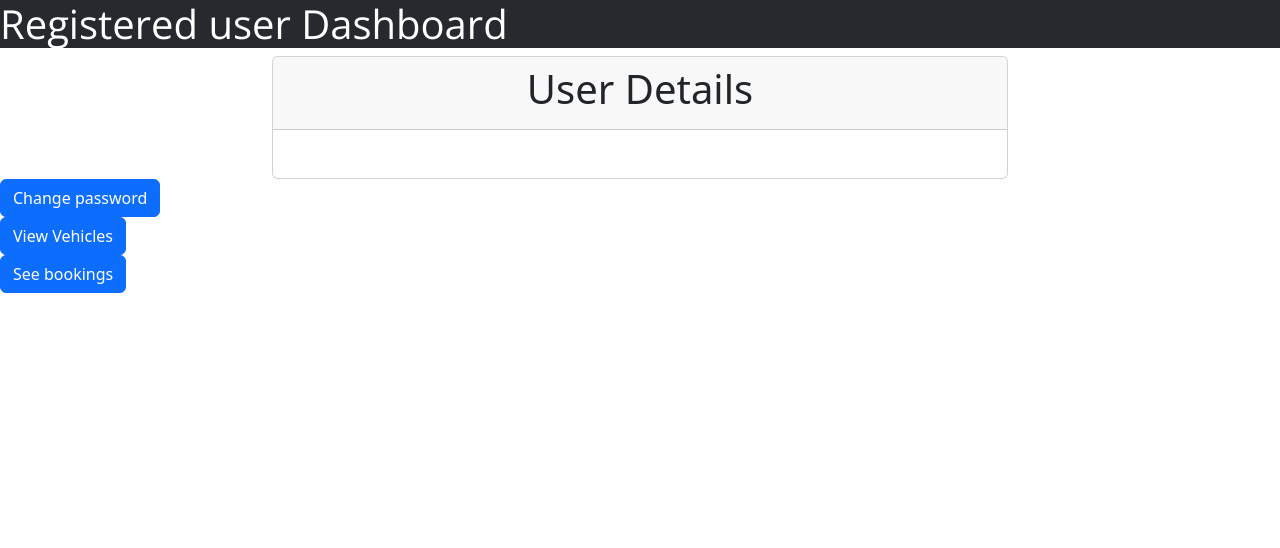
Repository: VimashaVishvani/VehicleRental
Page: http://localhost/Vehicle_rentalDb/registeredUser.jsp
An editor plug-in stored every save of this project. The page is shown before and after the next save, followed by the edit.
The browser window is 1280 px wide. The pictures show the whole page.
The page is served by Tomcat 9. Other server files are loaded and not shown.

Above is the page before, as saved 2024-05-12 09:25:59.

### Vehicle_rentalDb/src/main/webapp/registeredUser.jsp
<%@ page language="java" contentType="text/html; charset=ISO-8859-1" pageEncoding="ISO-8859-1"%>
<%@ taglib prefix="c" uri="http://java.sun.com/jsp/jstl/core"%>
<!DOCTYPE html>
<html>
<head>
<link href="https://fonts.googleapis.com/css2?family=Open+Sans&display=swap" rel="stylesheet">

<style>
	.dashboard{
	height: 30%;
    background-color:#262A2E; /* Pale background color */
    font-family: 'Open Sans', sans-serif; /* Use Open Sans font */
    color: #ffffff; /* White text color */

	}

</style>
    <meta charset="ISO-8859-1">
    <title>Car Owner</title>
    <link href="https://cdn.jsdelivr.net/npm/bootstrap@5.3.3/dist/css/bootstrap.min.css" rel="stylesheet" integrity="sha384-QWTKZyjpPEjISv5WaRU9OFeRpok6YctnYmDr5pNlyT2bRjXh0JMhjY6hW+ALEwIH" crossorigin="anonymous">
</head>
<body>

<c:if test="${param.result == 'booked'}">
    <script type="text/javascript">
        alert('You booked the car!');
    </script>
</c:if>
<c:if test="${param.result == 'Deleted'}">
    <script type="text/javascript">
        alert('record deleted!'');
    </script>
</c:if>

<h1 class="dashboard">Registered user Dashboard</h1>

<div class="container">
    <div class="row">
        <div class="col-md-8 offset-md-2">
            <div class="card">
                <div class="card-header">
                    <h1 class="text-center">User Details</h1>
                </div>
                <div class="card-body">
                    <table class="table">
                        <c:forEach var="user" items="${sessionScope.userDetails}">
                            <tr>
                                <td>Customer ID</td>
                                <td>${user.id}</td>
                            </tr>
                            <tr>
                                <td>Customer Name</td>
                                <td>${user.name}</td>
                            </tr>
                            <tr>
                                <td>Customer Email</td>
                                <td>${user.gmail}</td>
                            </tr>
                            <tr>
                                <td>Customer Phone</td>
                                <td>${user.phoneNumber}</td>
                            </tr>
                        </c:forEach>
                    </table>
                </div>
            </div>
        </div>
    </div>
</div>

<c:set var="userId" value="${sessionScope.userDetails[0].id}" />
<c:set var="pass" value="${sessionScope.userDetails[0].password}" />
<a href="userChangePw.jsp?id=${userId}&result=a&pw=${pass}" class="btn btn-primary">Change password</a>


<form action="vehicleServelet" method="get">
    <input type="hidden" value="${userId}" name="id">
    <input type="hidden" value="viewAvailableVehicle" name="task">
    <button type="submit"  class="btn btn-primary">View Vehicles</button>
</form>

<form action="bookingServlet" method="get">
    <input type="hidden" value="${userId}" name="id">
    <input type="hidden" value="ViewBookings" name="task">
    <button type="submit"  class="btn btn-primary">See bookings</button>
</form>

</body>
</html>

After the next save:
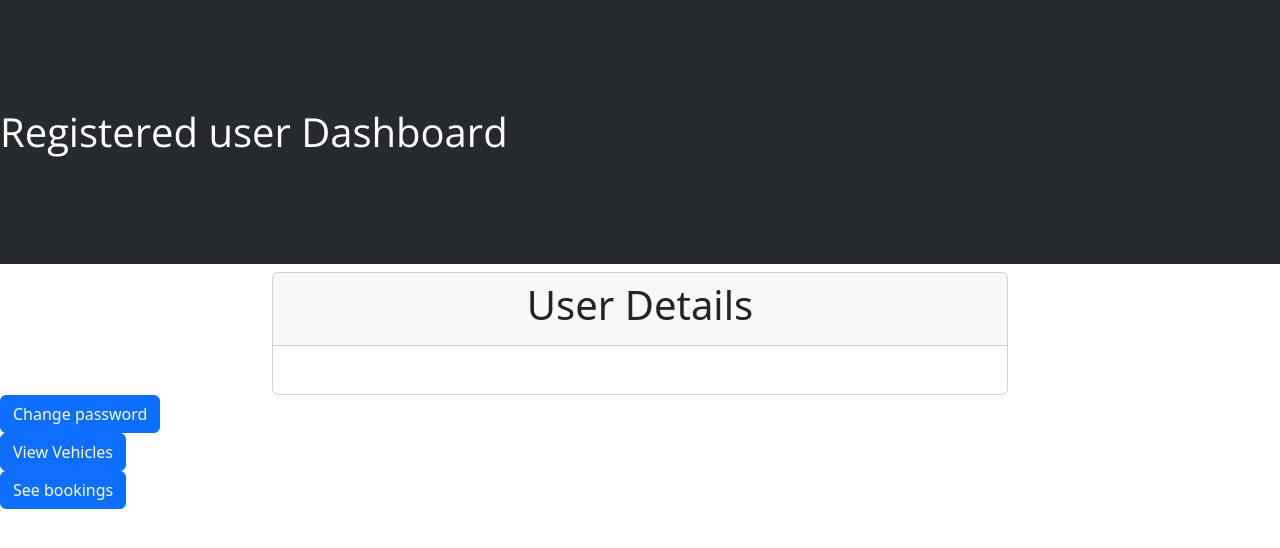
Saved 47 s later.
--- a/Vehicle_rentalDb/src/main/webapp/registeredUser.jsp
+++ b/Vehicle_rentalDb/src/main/webapp/registeredUser.jsp
@@ -7,7 +7,8 @@
 
 <style>
 	.dashboard{
-	height: 30%;
+	padding-top:15vh;
+	padding-bottom:15vh;
     background-color:#262A2E; /* Pale background color */
     font-family: 'Open Sans', sans-serif; /* Use Open Sans font */
     color: #ffffff; /* White text color */
